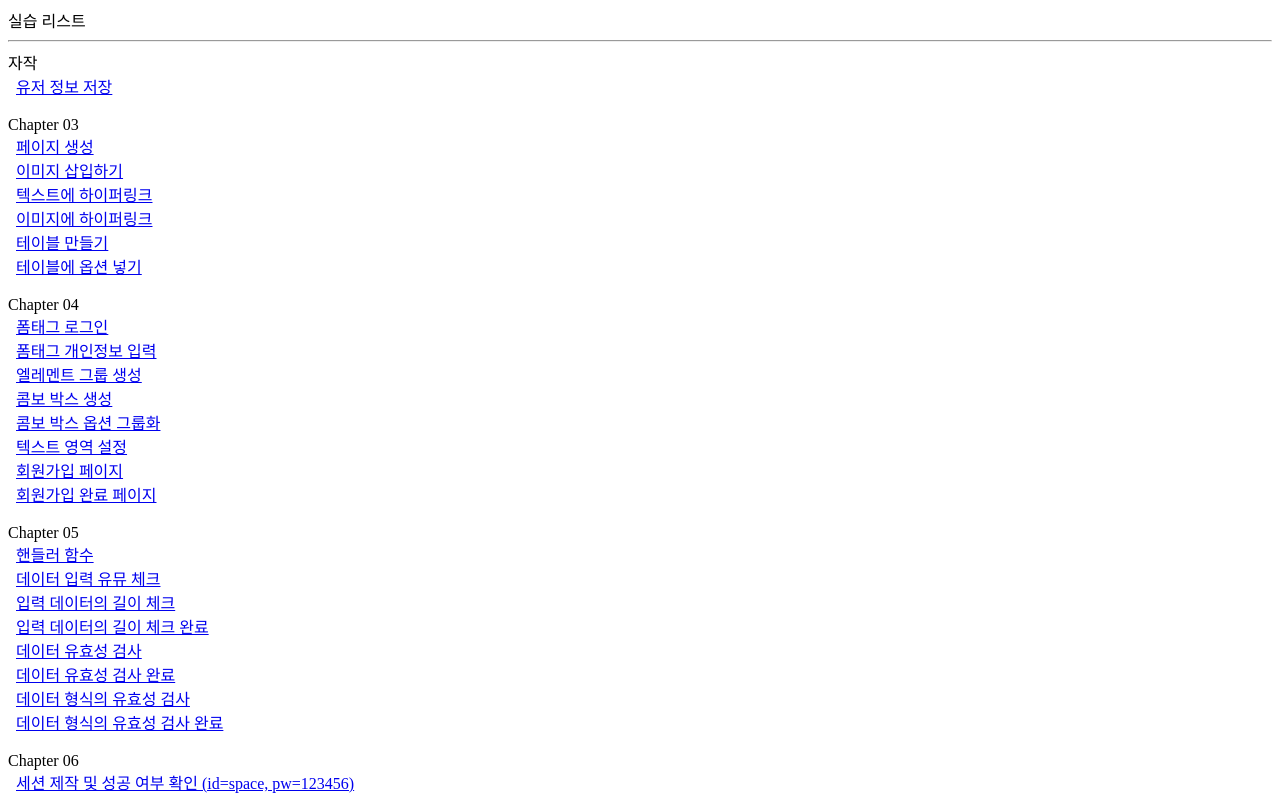
Repository: dhc518/WebProgramming_2023
Page: http://localhost/JSPStudy/List.jsp
The author's editor kept a copy of each file at every save. The page is drawn from the files as they stood at one save, then again after the next save.
The browser window is 1280 px wide. The pictures show the whole page.
The page is served by Tomcat 9.

Above is the page before, as saved 2023-04-07 05:18:45.

### Project/JSPStudy/src/main/webapp/List.jsp
<%@ page language="java" contentType="text/html; charset=UTF-8"
    pageEncoding="UTF-8"%>
<!DOCTYPE html>
<html>
<head>
<meta charset="UTF-8">
<title>실습 리스트</title>
</head>
<body>
	실습 리스트
	<hr>
	자작
		<br>&nbsp;	<a href="self/write_user.jsp" target="_blank">
		유저 정보 저장</a>
		<br><br>
	Chapter 03
		<br>&nbsp;	<a href="welcome.jsp" target="_blank">
		페이지 생성</a>
		<br>&nbsp;	<a href="insert_image.jsp" target="_blank">
		이미지 삽입하기</a>
		<br>&nbsp;	<a href="hyperlink_text.jsp" target="_blank">
		텍스트에 하이퍼링크</a>
		<br>&nbsp;	<a href="hyperlink_image.jsp" target="_blank">
		이미지에 하이퍼링크</a>
		<br>&nbsp;	<a href="table_default.jsp" target="_blank">
		테이블 만들기</a>
		<br>&nbsp;	<a href="table_option.jsp" target="_blank">
		테이블에 옵션 넣기</a>
		<br><br>
	Chapter 04
		<br>&nbsp;	<a href="ch04/form_login.jsp" target="_blank">
		폼태그 로그인</a>
		<br>&nbsp;	<a href="ch04/form_input.jsp" target="_blank">
		폼태그 개인정보 입력</a>
		<br>&nbsp;	<a href="ch04/form_element.jsp" target="_blank">
		엘레멘트 그룹 생성</a>
		<br>&nbsp;	<a href="ch04/form_select.jsp" target="_blank">
		콤보 박스 생성</a>
		<br>&nbsp;	<a href="ch04/form_optgroup.jsp" target="_blank">
		콤보 박스 옵션 그룹화</a>
		<br>&nbsp;	<a href="ch04/form_textarea.jsp" target="_blank">
		텍스트 영역 설정</a>
		<br>&nbsp;	<a href="ch04/form_membership01.jsp" target="_blank">
		회원가입 페이지</a>
		<br>&nbsp;	<a href="ch04/form_membership02.jsp" target="_blank">
		회원가입 완료 페이지</a>
		<br><br>
	Chapter 05
		<br>&nbsp;	<a href="ch05/handlerFunction.jsp" target="_blank">
		핸들러 함수</a>
		<br>&nbsp;	<a href="ch05/datainputCheck.jsp" target="_blank">
		데이터 입력 유뮤 체크</a>
		<br>&nbsp;	<a href="ch05/dataLength.jsp" target="_blank">
		입력 데이터의 길이 체크</a>
		<br>&nbsp;	<a href="ch05/dataLength_success.jsp" target="_blank">
		입력 데이터의 길이 체크 완료</a>
		<br>&nbsp;	<a href="ch05/isNaNcheck.jsp" target="_blank">
		데이터 유효성 검사</a>
		<br>&nbsp;	<a href="ch05/isNaNcheck_success.jsp" target="_blank">
		데이터 유효성 검사 완료</a>
		<br>&nbsp;	<a href="ch05/regularExpression.jsp" target="_blank">
		데이터 형식의 유효성 검사</a>
		<br>&nbsp;	<a href="ch05/regularExpression_success.jsp" target="_blank">
		데이터 형식의 유효성 검사 완료</a>
		<br><br>
	Chapter 06
		<br>&nbsp;	<a href="ch06/sessionCreate.jsp" target="_blank">
		세션 제작 및 성공 여부 확인 (id=space, pw=123456)</a>


</body>
</html>

After the next save:
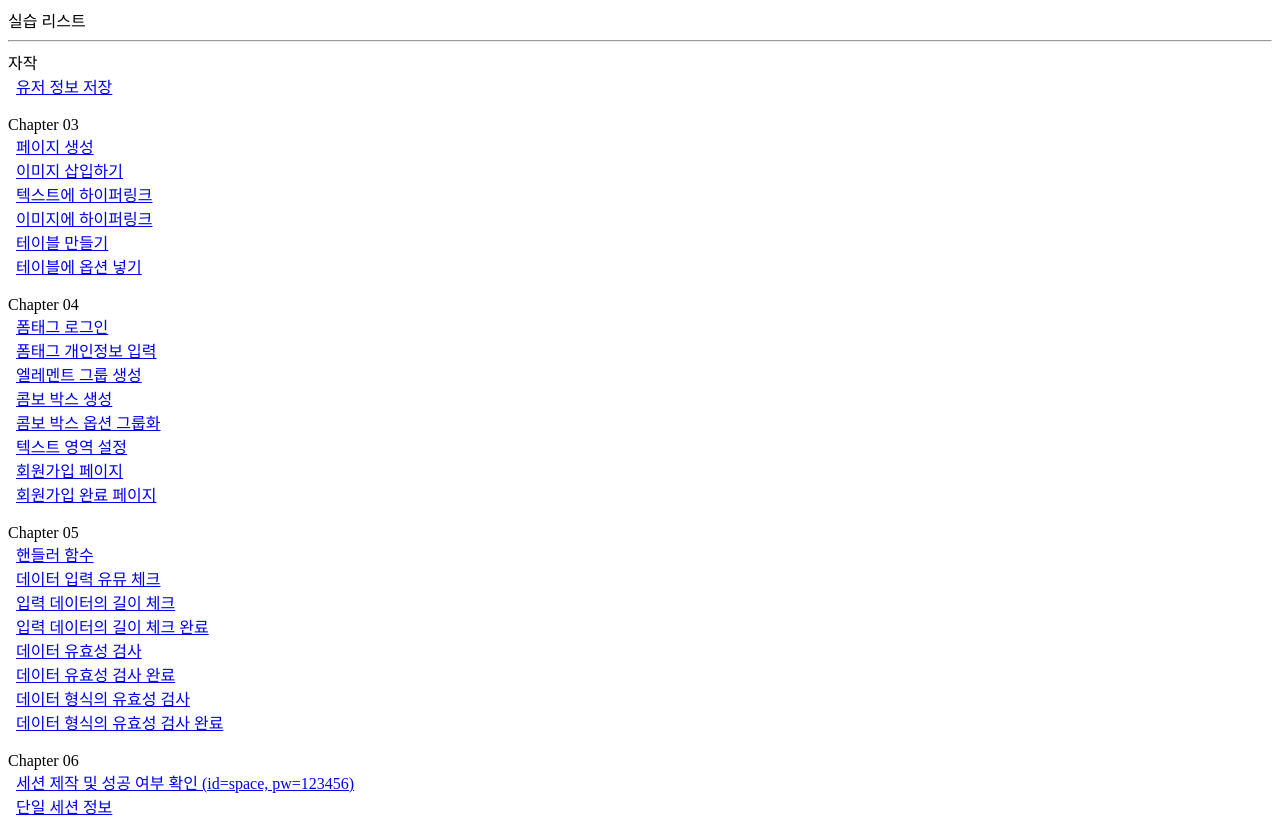
Saved 57 s later.
--- a/Project/JSPStudy/src/main/webapp/List.jsp
+++ b/Project/JSPStudy/src/main/webapp/List.jsp
@@ -66,7 +66,8 @@
 	Chapter 06
 		<br>&nbsp;	<a href="ch06/sessionCreate.jsp" target="_blank">
 		세션 제작 및 성공 여부 확인 (id=space, pw=123456)</a>
-
+		<br>&nbsp;	<a href="ch06/sessionInfo_single.jsp" target="_blank">
+		단일 세션 정보</a>
 
 </body>
 </html>
